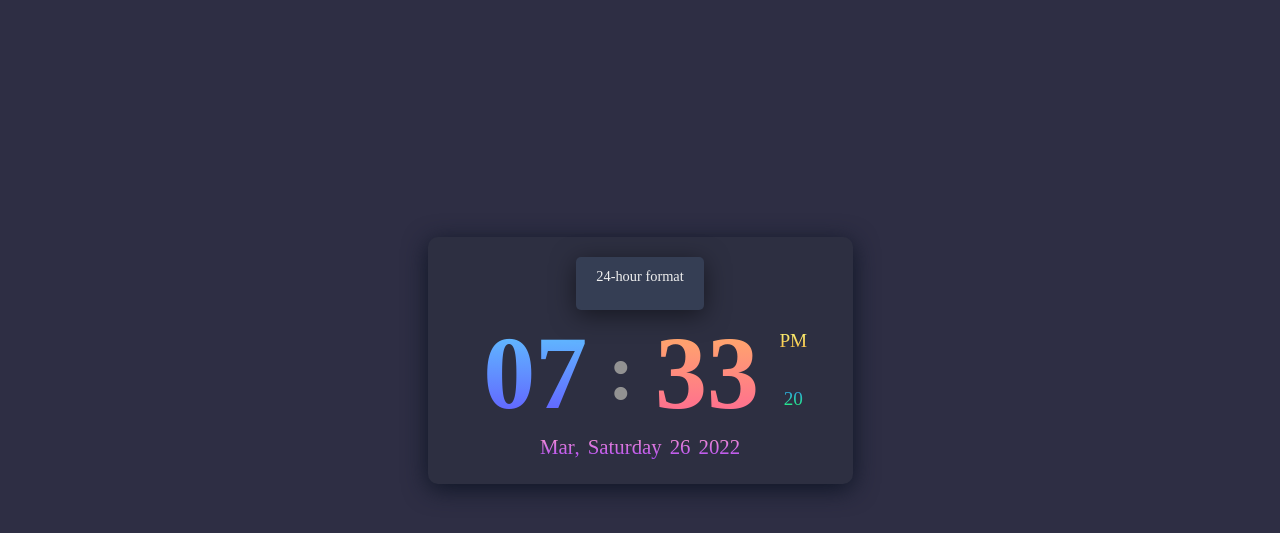
Repository: QUANGTHAI2003/digital-clock
Page: index.html
The author's editor kept a copy of each file at every save. The page is drawn from the files as they stood at one save, then again after the next save.
The browser window is 1280 px wide. The pictures show the whole page.
Some icons come from a web library that is not loaded, so they are not drawn.

Above is the page before, as saved 2022-03-26 23:25:42.
Console error: TypeError: year.addEventListener is not a function

### index.html
<!DOCTYPE html>
<html lang="en">
    <head>
        <meta charset="UTF-8" />
        <meta http-equiv="X-UA-Compatible" content="IE=edge" />
        <meta name="viewport" content="width=device-width, initial-scale=1.0" />
        <title>Digital-Clock</title>
        <link rel="stylesheet" href="style.css" />
        <link rel="stylesheet" href="https://unicons.iconscout.com/release/v4.0.0/css/line.css" />
    </head>
    <body>
        <div class="digital-clock">
            <i class="uil uil-ellipsis-v dot-menu-btn"></i>
            <ul class="dot-menu">
                <li class="menu-item">
                    <span class="clock-format-text">24-hour format</span>
                    <div class="format-switch-btn"></div>
                </li>
            </ul>
            <div class="time">
                <span class="hours">00</span>
                <span class="dots">:</span>
                <span class="minutes">00</span>
                <div class="right-side">
                    <span class="period">AN/PM</span>
                    <span class="seconds">00</span>
                </div>
            </div>
            <div class="calendar">
                <span class="month-name">Mar</span>,
                <span class="day-name">Sunday</span>
                <span class="day-number">6</span>
                <span class="year">2022</span>
            </div>
        </div>
        <script src="./app.js"></script>
    </body>
</html>

### style.css
@import url('https://fonts.googleapis.com/css2?family=Poppins:ital,wght@0,100;0,200;0,300;0,400;0,500;0,600;0,700;0,800;0,900;1,100;1,200;1,300;1,400;1,500;1,600;1,700;1,800;1,900&display=swap');

* {
    margin: 0;
    padding: 0;
    box-sizing: border-box;
    font-family: 'Poppins'sans-serif;
}

body {
    min-height: 100vh;
    display: flex;
    justify-content: center;
    align-items: center;
    background: #2e2e44;
}

.digital-clock {
    position: relative;
    color: #fff;
    background: #2d2f41;
    width: 425px;
    padding: 20px 45px;
    box-shadow: 0 5px 25px rgba(14, 21, 37, 08);
    border-radius: 10px;
    display: flex;
    justify-content: center;
    align-items: center;
    flex-direction: column;
}

.time {
    position: relative;
    display: flex;
    justify-content: center;
    align-items: center;
}

.hours,
.dots,
.minutes {
    display: flex;
    justify-content: center;
    align-items: center;
    font-weight: 600;
    padding: 0 10px;
    line-height: 125px;
}

.hours,
.minutes {
    font-size: 6.5em;
    width: 125px;
}

.dots {
    font-size: 5em;
    color: #929292;
}

.hours {
    background: -webkit-linear-gradient(90deg, #634dff, #5fd4ff);
    -webkit-text-fill-color: transparent;
    -webkit-background-clip: text;
}

.minutes {
    background: -webkit-linear-gradient(90deg, #ff5e9a, #ffb960);
    -webkit-text-fill-color: transparent;
    -webkit-background-clip: text;
}

.right-side {
    position: relative;
    display: flex;
    justify-content: center;
    align-items: center;
    flex-direction: column;
    margin-left: 10px;
}

.period,
.seconds {
    font-size: 1.2em;
    font-weight: 500;
}

.period {
    transform: translateY(-20px);
    background: -webkit-linear-gradient(90deg, #f7b63f, #faf879);
    -webkit-text-fill-color: transparent;
    -webkit-background-clip: text;
}

.seconds {
    transform: translateY(16px);
    background: -webkit-linear-gradient(90deg, #24ff6d, #2f93f1);
    -webkit-text-fill-color: transparent;
    -webkit-background-clip: text;
}

.calendar {
    display: flex;
    justify-content: center;
    align-items: center;
    font-size: 1.3em;
    font-weight: 500;
    margin-bottom: 5px;
    background: -webkit-linear-gradient(90deg, #ae4af6, #ff98d1);
    -webkit-text-fill-color: transparent;
    -webkit-background-clip: text;
}

.day-name,
.day-number,
.year {
    margin-left: 8px;
}

.dot-menu-btn {
    position: absolute;
    top: 0;
    right: 0;
    margin: 10px;
    color: #efefef;
    font-size: 1.5em;
    cursor: pointer;
}

.dot-menu {
    z-index: 999;
    list-style: none;
    background: #353e54;
    padding: 10px 20px;
    border-radius: 5px;
    box-shadow: 0 5px 25px rgba(0, 0, 0, 0.5);
}

.mneu-item {
    display: flex;
    justify-content: center;
    align-items: center;
}

.clock-format-text {
    color: #efefef;
    font-size: 0.9em;
}

.format-switch-btn {
    width: 35px;
    height: 15px;
    background: 485470;
    border-radius: 75px;
    box-shadow: inset 2px 2px 4px rgba(255, 255, 255, 0.1),
        inset -2px 2px -4px rgba(0, 0, 0, 0.2);
}

### app.js
function clock() {
    var today = new Date();
    var hours = today.getHours();
    var minutes = today.getMinutes();
    var seconds = today.getSeconds();
    var period = "AM"

    // Set the time period(AM or PM)
    if (hours >= 12) {
        period = "PM";
    }
    // Set the 12-hour clock format
    hours = hours > 12 ? hours % 12 : hours

    // Add the 0 for the values of lower than 10
    if (hours < 10) {
        hours = "0" + hours;
    }
    if (minutes < 10) {
        minutes = "0" + minutes;
    }
    if (seconds < 10) {
        seconds = "0" + seconds;
    }

    document.querySelector(".hours").innerHTML = hours;
    document.querySelector(".minutes").innerHTML = minutes;
    document.querySelector(".seconds").innerHTML = seconds;
    document.querySelector(".period").innerHTML = period;
}

var updateClock = setInterval(clock, 1000);

// Get the date in javascript
var today = new Date();
const dayNumber = today.getDate();
const year = today.getFullYear();
const dayName = today.toLocaleString('default', { weekday: 'long' });
const monthName = today.toLocaleString('default', { month: 'short' });

document.querySelector(".month-name").innerHTML = monthName;
document.querySelector(".day-name").innerHTML = dayName;
document.querySelector(".day-number").innerHTML = dayNumber;
document.querySelector(".year").innerHTML = year;

year.addEventListener("click", function () {
    alert("The year is " + year);
});

After the next save:
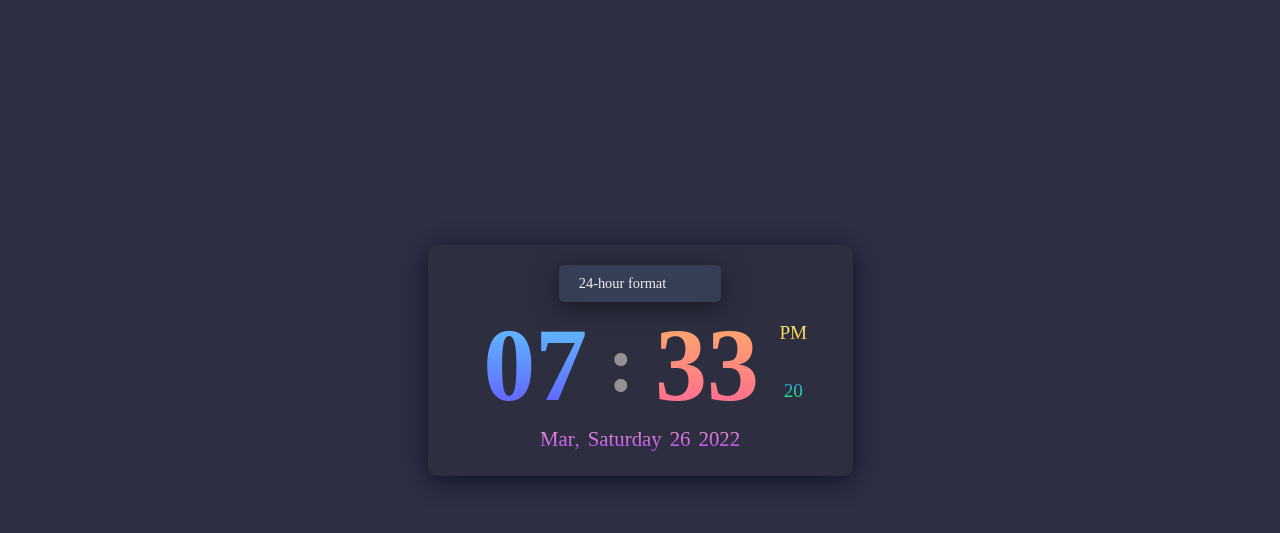
Saved 74 s later.
--- a/style.css
+++ b/style.css
@@ -136,7 +136,7 @@ body {
     box-shadow: 0 5px 25px rgba(0, 0, 0, 0.5);
 }
 
-.mneu-item {
+.menu-item {
     display: flex;
     justify-content: center;
     align-items: center;
